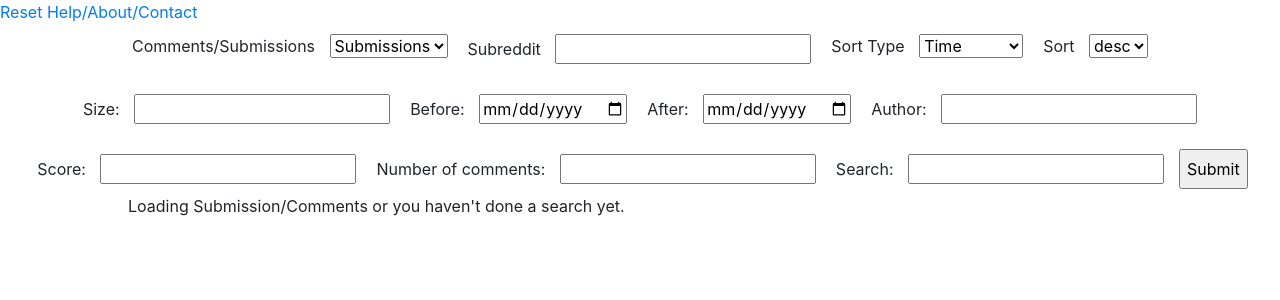
Repository: ihsoyCT/ctarchive
Page: dist/index.html
The author's editor kept a copy of each file at every save. The page is drawn from the files as they stood at one save, then again after the next save.
The browser window is 1280 px wide. The pictures show the whole page.

Above is the page before, as saved 2022-05-03 17:23:52.

After the next save:
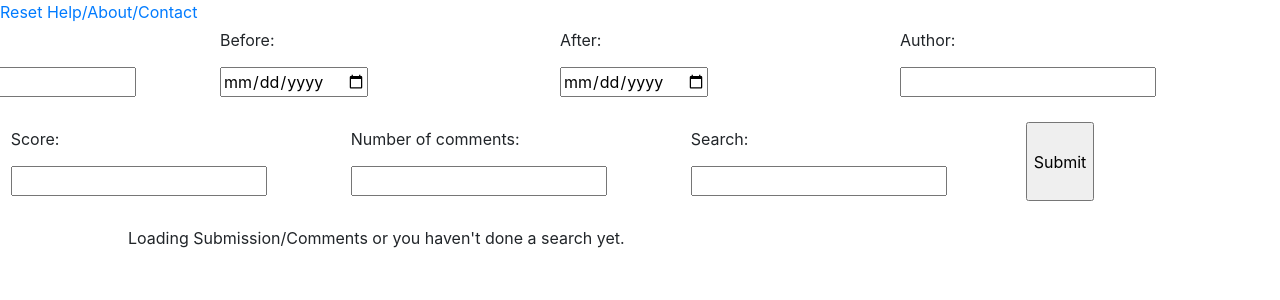
Saved 21 s later.
--- a/dist/index.html
+++ b/dist/index.html
@@ -89,40 +89,40 @@
         flex-basis: 100%;
         height: 0;
       }
-      .loginbox {
+      #searchform {
         margin-left: -180px;
         margin-top: -125px;
       }
-      .loginbox h1 {
+      #searchform h1 {
         padding: 20px;
         font-weight: 200;
         color: #fff;
         background: pink;
       }
-      .loginbox form {
+      #searchform form {
         padding: 20px;
       }
-      .loginbox form .label {
+      #searchform form .label {
         display: block;
         margin-bottom: 10px;
         width: 320px;
       }
-      .loginbox form .label .field {
+      #searchform form .label .field {
         display: block;
         width: 60px;
         font-size: 20px;
         margin: 7px 10px 3px 3px;
       }
-      .loginbox form .label input {
+      #searchform form .label input {
         padding: 10px;
         font-size: 16px;
         border: 1px solid #ccc;
         width: 225px;
       }
-      .loginbox form .label .pass {
+      #searchform form .label .pass {
         width: 225px;
       }
-      .loginbox form .label .btn {
+      #searchform form .label .btn {
         float: right;
         width: auto;
         display: block;
@@ -131,12 +131,12 @@
         text-transform: uppercase;
         margin: 15px auto;
       }
-      .loginbox form .label .btn {
+      #searchform form .label .btn {
         padding: 11px 10px 11px;
         color: #fff;
         cursor: pointer;
       }
-      .loginbox form .link {
+      #searchform form .link {
         float: left;
         margin: 15px auto;
         color: #000;

After the save that followed:
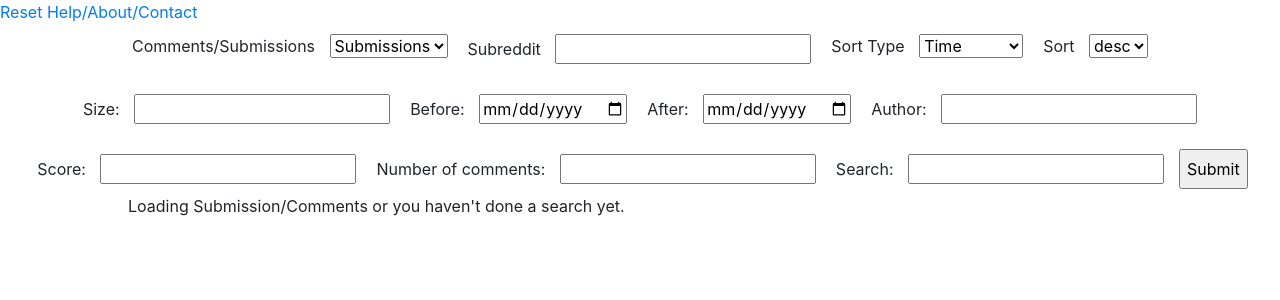
Saved 12 s later.
--- a/dist/index.html
+++ b/dist/index.html
@@ -88,58 +88,6 @@
       .break {
         flex-basis: 100%;
         height: 0;
-      }
-      #searchform {
-        margin-left: -180px;
-        margin-top: -125px;
-      }
-      #searchform h1 {
-        padding: 20px;
-        font-weight: 200;
-        color: #fff;
-        background: pink;
-      }
-      #searchform form {
-        padding: 20px;
-      }
-      #searchform form .label {
-        display: block;
-        margin-bottom: 10px;
-        width: 320px;
-      }
-      #searchform form .label .field {
-        display: block;
-        width: 60px;
-        font-size: 20px;
-        margin: 7px 10px 3px 3px;
-      }
-      #searchform form .label input {
-        padding: 10px;
-        font-size: 16px;
-        border: 1px solid #ccc;
-        width: 225px;
-      }
-      #searchform form .label .pass {
-        width: 225px;
-      }
-      #searchform form .label .btn {
-        float: right;
-        width: auto;
-        display: block;
-        border: none;
-        font-size: 14px;
-        text-transform: uppercase;
-        margin: 15px auto;
-      }
-      #searchform form .label .btn {
-        padding: 11px 10px 11px;
-        color: #fff;
-        cursor: pointer;
-      }
-      #searchform form .link {
-        float: left;
-        margin: 15px auto;
-        color: #000;
       }
     </style>
     <link
